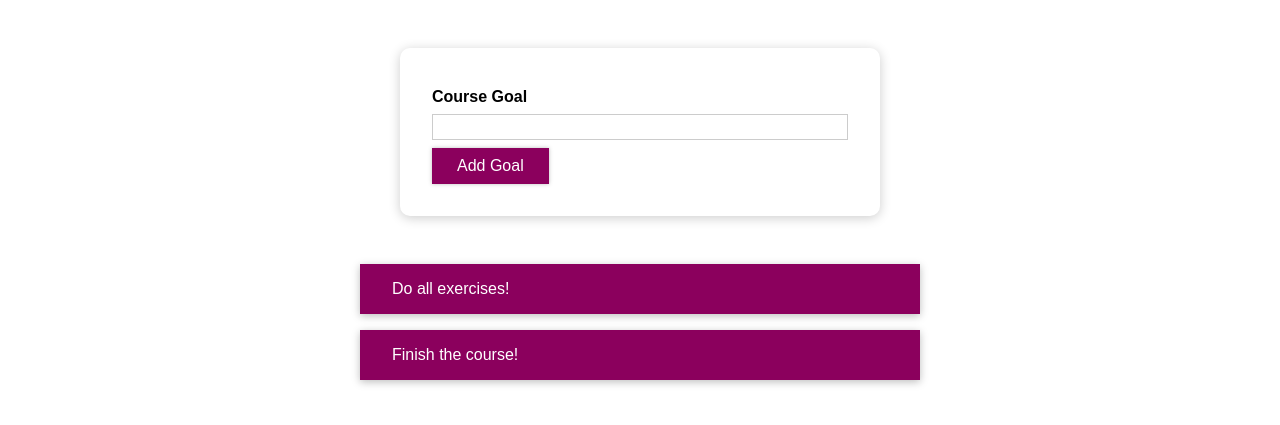
Repository: Wakkaba/PracticeProject
Page: /
The author's editor kept a copy of each file at every save. The page is drawn from the files as they stood at one save, then again after the next save.
The browser window is 1280 px wide. The pictures show the whole page.
The project was rebuilt for these pictures with package versions that can differ from the ones it lists, and the page was loaded fresh each time. Also part of the build but not shown: src/components/CourseGoals/CourseInput/CourseInput.css.

Above is the page before, as saved 2021-10-22 17:47:04.

After the next save:
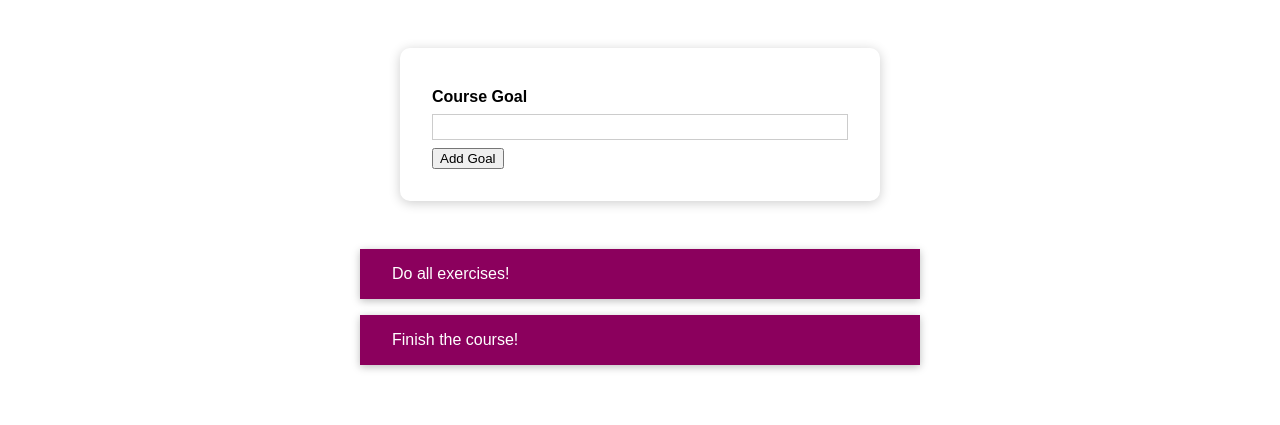
Saved 9 s later.
--- a/src/components/UI/Button/Button.js
+++ b/src/components/UI/Button/Button.js
@@ -1,40 +1,47 @@
-import styled from "styled-components";
+import React from 'react'
+// import styled from "styled-components";
 
-// import './Button.css';
+import styles from './Button.module.css';
 
-const Button = styled.button`
-  width: 100%;
-  font: inherit;
-  padding: 0.5rem 1.5rem;
-  border: 1px solid #8b005d;
-  color: white;
-  background: #8b005d;
-  box-shadow: 0 0 4px rgba(0, 0, 0, 0.26);
-  cursor: pointer;
 
-@media (min-width: 768px) {
-  width: auto;
-}
+//////////////////////////////////////////////////////////////////////////////////////
+// STYLED COMPONENTS
 
-&:focus {
-  outline: none;
-}
+// const Button = styled.button`
+//   width: 100%;
+//   font: inherit;
+//   padding: 0.5rem 1.5rem;
+//   border: 1px solid #8b005d;
+//   color: white;
+//   background: #8b005d;
+//   box-shadow: 0 0 4px rgba(0, 0, 0, 0.26);
+//   cursor: pointer;
 
-&:hover,
-&:active {
-  background: #ac0e77;
-  border-color: #ac0e77;
-  box-shadow: 0 0 8px rgba(0, 0, 0, 0.26);
-}
+// @media (min-width: 768px) {
+//   width: auto;
+// }
 
-`;
+// &:focus {
+//   outline: none;
+// }
 
-// const Button = props => {
-//   return (
-//     <button type={props.type} className="button" onClick={props.onClick}>
-//       {props.children}
-//     </button>
-//   );
-// };
+// &:hover,
+// &:active {
+//   background: #ac0e77;
+//   border-color: #ac0e77;
+//   box-shadow: 0 0 8px rgba(0, 0, 0, 0.26);
+// }
+
+// `;
+
+//////////////////////////////////////////////////////////////////////////////////////
+
+const Button = props => {
+  return (
+    <button type={props.type} className="button" onClick={props.onClick}>
+      {props.children}
+    </button>
+  );
+};
 
 export default Button;

After the save that followed:
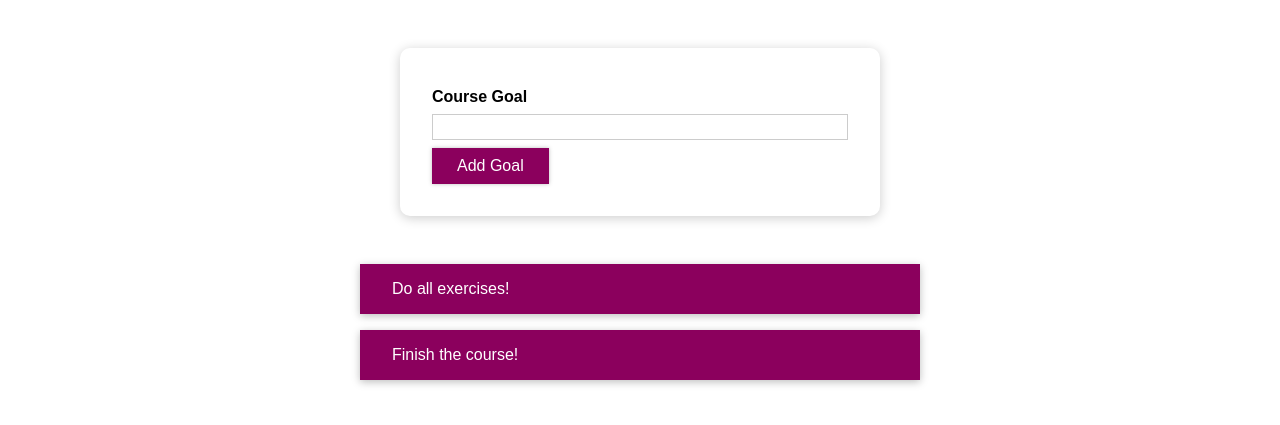
Saved 55 s later.
--- a/src/components/UI/Button/Button.js
+++ b/src/components/UI/Button/Button.js
@@ -38,7 +38,7 @@
 
 const Button = props => {
   return (
-    <button type={props.type} className="button" onClick={props.onClick}>
+    <button type={props.type} className={styles.button} onClick={props.onClick}>
       {props.children}
     </button>
   );
